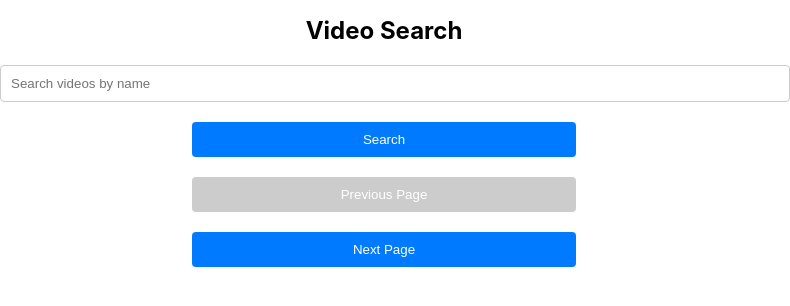
Repository: LolaSL/video-search
Page: /
An editor plug-in stored every save of this project. The page is shown before and after the next save, followed by the edit.
The browser window is 768 px wide. The page is 790 px wide, so the pictures cover 790 px, including what lies to the right of the window. The pictures show the whole page.
The project was rebuilt for these pictures with package versions that can differ from the ones it lists, and the page was loaded fresh each time.

Above is the page before, as saved 2023-08-12 13:05:38.

### src/App.js
import React from 'react';
import './App.css';
import VideoSearch from './VideoSearch';

function App() {
  return (
    <div className="App">
      <VideoSearch />
    </div>
  );
}

export default App;

### src/App.css
.App {
  text-align: center;
}



/* Add your CSS rules here */
.container {
  max-width: 800px;
  margin: 0 auto;
  padding: 20px;
}

h1 {
  font-size: 24px;
  margin-bottom: 20px;
}

input[type="text"] {
  padding: 10px;
  width: 70%;
  margin-right: 10px;
  border: 1px solid #ccc;
  border-radius: 4px;
}

button {
  margin: 10px;
  padding: 10px 20px;
  background-color: #007bff;
  color: #fff;
  border: none;
  border-radius: 4px;
  cursor: pointer;
}

button:disabled {
  background-color: #ccc;
  cursor: not-allowed;
}

iframe {
  width: 100%;
  height: 315px;
  border: none;
  margin-top: 15px;
}

.video-item {
  margin: 20px 0;
  padding: 20px;
  border: 1px solid #ccc;
  border-radius: 4px;
}

.video-title {
  font-size: 18px;
  margin-bottom: 10px;
}

.pagination {
  margin-top: 20px;
}

.pagination button {
  margin-right: 10px;
}
/* Media queries for different screen sizes */
@media screen and (max-width: 768px) {
  /* Adjust styles for smaller screens */
  .container {
    padding: 10px;
  }

  input[type="text"] {
    width: 100%;
    margin-right: 0;
    margin-bottom: 10px;
  }

  button {
    width: 50%;
    margin-bottom: 10px;
  }

  .video-item {
    padding: 10px;
    margin: 10px 0;
  }

  .pagination {
    text-align: center;
  }
}

### src/VideoSearch.jsx
import React, { useState } from 'react';
import axios from 'axios';

const API_KEY = 'AIzaSyAZw_7fp6hzKHZ_UNfC9jRiNJBWZQnTOmM';
const CHANNEL_ID = 'CSgDjZ_Vv8g';
const RESULTS_PER_PAGE = 10;


const VideoSearch = () => {
    const [videos, setVideos] = useState([]);
    const [searchTerm, setSearchTerm] = useState('');
    const [currentPage, setCurrentPage] = useState(1);

    const searchVideos = async () => {
      try {
        const response = await axios.get(
          `https://www.googleapis.com/youtube/v3/search?key=${API_KEY}&channelId=${CHANNEL_ID}&part=snippet,id&type=video&q=${searchTerm}&maxResults=${RESULTS_PER_PAGE}&pageToken=${currentPage > 1 ? videos.length : ''}`
        );

        setVideos(response.data.items);
      } catch (error) {
        console.error('Error fetching videos:', error);
      }
    };

    const handlePageChange = (newPage) => {
      setCurrentPage(newPage);
      searchVideos();
    };

    return (
      <div>
        <h1>Video Search</h1>
        <input
          type="text"
          placeholder="Search videos by name"
          value={searchTerm}
          onChange={(e) => setSearchTerm(e.target.value)}
        />
        <button onClick={() => handlePageChange(1)}>Search</button>

        <div>
          {videos.map((video) => (
            <div key={video.id.videoId}>
              <h2>{video.snippet.title}</h2>
              <iframe
                title={video.snippet.title}
                width="560"
                height="315"
                src={`https://www.youtube.com/embed/${video.id.videoId}`}
                // frameBorder="0"
                allowFullScreen
              ></iframe>
            </div>
          ))}
        </div>

        <div>
          <button
            onClick={() => handlePageChange(currentPage - 1)}
            disabled={currentPage === 1}
          >
            Previous Page
          </button>
          <button onClick={() => handlePageChange(currentPage + 1)}>Next Page</button>
        </div>
      </div>
    );
  };

  export default VideoSearch;

Loaded but not shown: public/index.html (common file); src/index.js (common file); src/index.css (common file); src/reportWebVitals.js (common file)

After the next save:
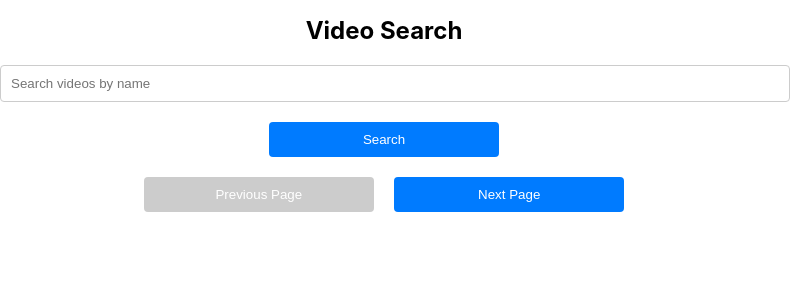
Saved 14 s later.
--- a/src/App.css
+++ b/src/App.css
@@ -79,7 +79,7 @@ iframe {
   }
 
   button {
-    width: 50%;
+    width: 30%;
     margin-bottom: 10px;
   }
 
